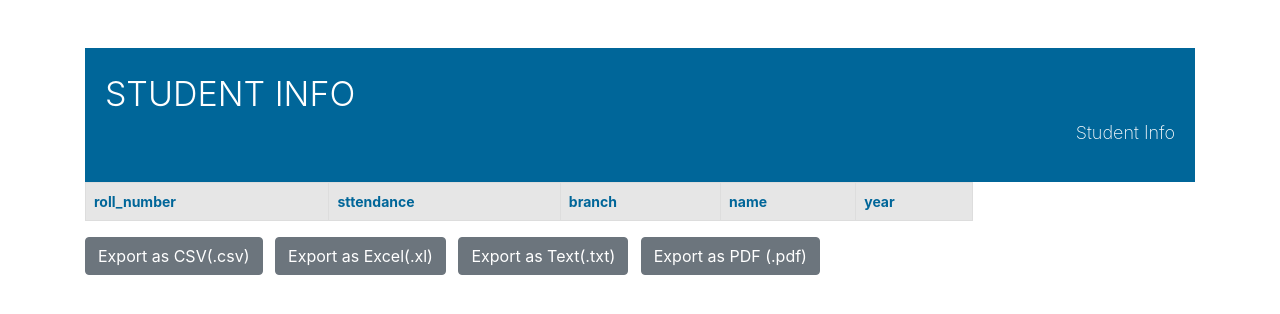
Repository: supranshu/CrystalReportGenerator
Page: http://localhost/produce_report
These files come from the project's save history. The page is drawn as it stood at one moment and after the next save; the edit follows.
The browser window is 1280 px wide. The pictures show the whole page.
The page is this project's Thymeleaf template; nobody is signed in. The template is opened directly, without the code that normally fills it, so the values that code supplies are empty.

Above is the page before, as saved 2023-08-07 12:46:33.

After the next save:
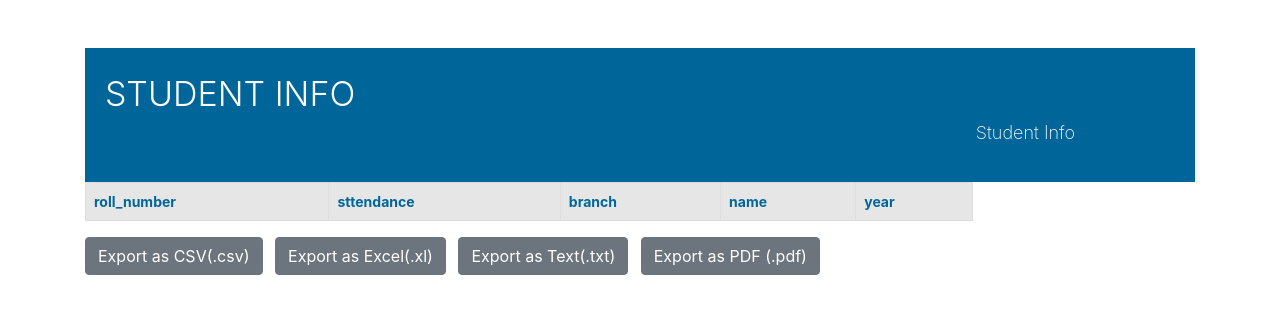
Saved 33 s later.
--- a/com.report/src/main/resources/templates/produce_report.html
+++ b/com.report/src/main/resources/templates/produce_report.html
@@ -43,6 +43,7 @@
         	text-align: right;
         	font-size: 18px;
         	font-weight: 150;
+        	margin-right:100px;
         }
     </style>
 
